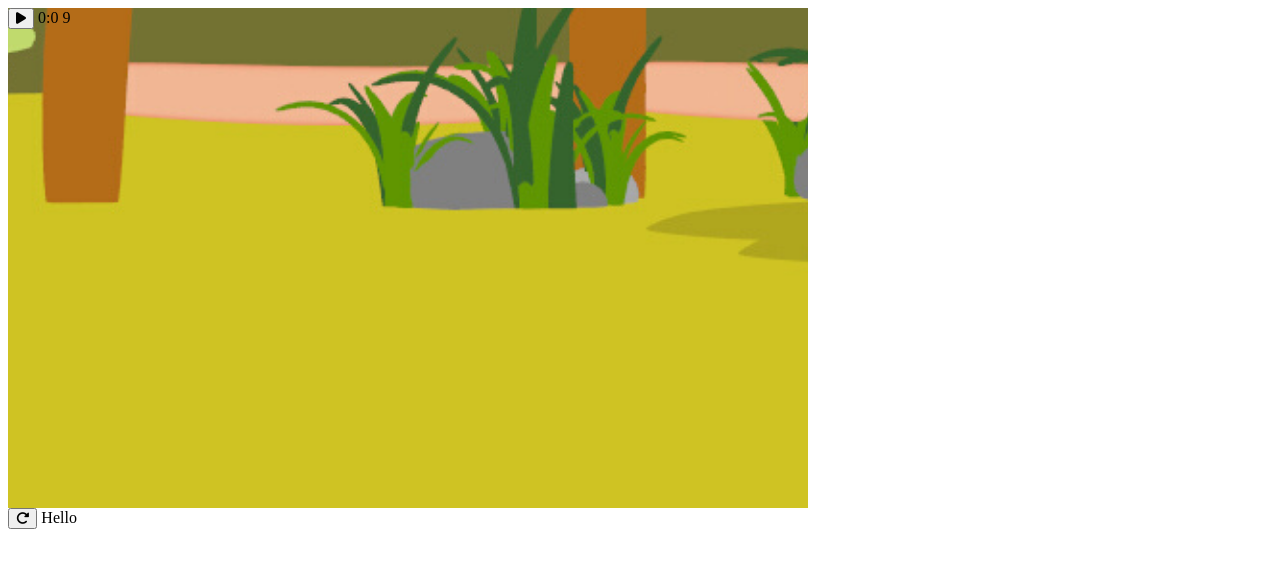
Repository: yoon-dh/JS_Prac
Page: carrot_game/index.html
An editor plug-in stored every save of this project. The page is shown before and after the next save, followed by the edit.
The browser window is 1280 px wide. The pictures show the whole page.
Some web libraries are served in a nearby version.

Above is the page before, as saved 2023-06-23 21:44:07.

After the next save:
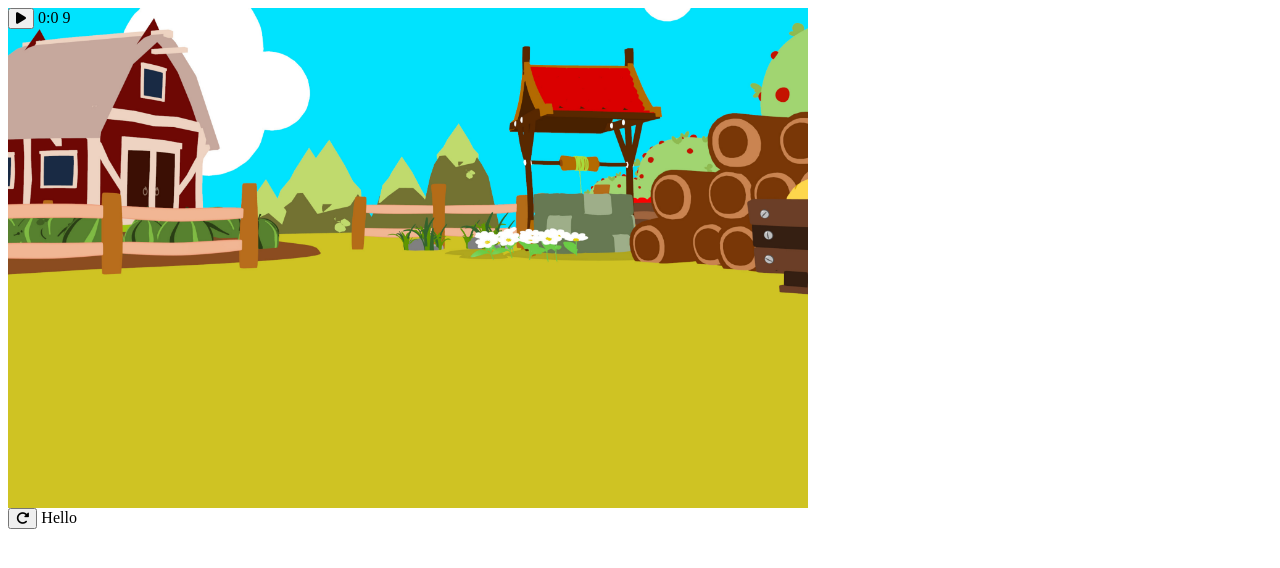
Saved 6 s later.
--- a/carrot_game/style.css
+++ b/carrot_game/style.css
@@ -1,7 +1,7 @@
 .game {
   width: 800px;
   height: 500px;
-  background: url(img/background.png) center;
+  background: url(img/background.png) center/cover;
 }
 
 .game__header {
